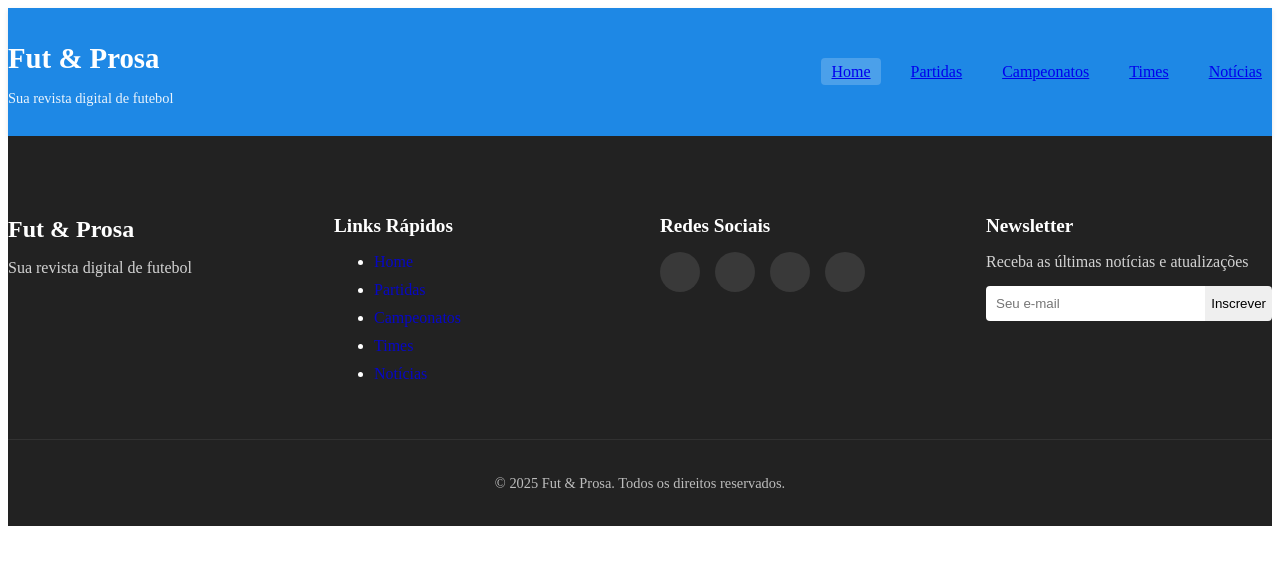
Repository: andreGattermeyer/noticias-futebol-angular
Page: / (app in projeto-fut/)
These files come from the project's save history. The page is drawn as it stood at one moment and after the next save; the edit follows.
The browser window is 1280 px wide. The pictures show the whole page.
The project was rebuilt for these pictures with package versions that can differ from the ones it lists, and the page was loaded fresh each time. Also part of the build but not shown: projeto-fut/angular.json.

Above is the page before, as saved 2025-04-09 14:10:07.

### projeto-fut/src/index.html
<!doctype html>
<html lang="en">
<head>
  <meta charset="utf-8">
  <title>ProjetoFut</title>
  <base href="/">
  <meta name="viewport" content="width=device-width, initial-scale=1">
  <link rel="icon" type="image/x-icon" href="favicon.ico">
  <link href="https://fonts.googleapis.com/css2?family=Roboto:wght@300;400;500&display=swap" rel="stylesheet">
  <link href="https://fonts.googleapis.com/icon?family=Material+Icons" rel="stylesheet">
</head>
<body class="mat-typography">
  <app-root></app-root>
</body>
</html>

### projeto-fut/src/app/app.component.ts
import { Component } from '@angular/core';
import { RouterOutlet } from '@angular/router';
import { HeaderComponent } from "./header/header.component";
import { FooterComponent } from "./footer/footer.component";

@Component({
  selector: 'app-root',
  imports: [RouterOutlet, HeaderComponent, FooterComponent],
  templateUrl: './app.component.html',
  styleUrl: './app.component.css'
})
export class AppComponent {
  title = 'projeto-fut';
}

### projeto-fut/src/app/app.component.html
<div class="container">

<router-outlet>

<app-header/>

<app-footer/>
</router-outlet>

</div>

### projeto-fut/src/app/app.component.css
/* Reset e estilos gerais */
* {
  margin: 0;
  padding: 0;
  box-sizing: border-box;
}

body {
  font-family: 'Segoe UI', Tahoma, Geneva, Verdana, sans-serif;
  line-height: 1.6;
  color: #333;
  background-color: #f5f5f5;
}


a {
  text-decoration: none;
  color: inherit;
}

ul {
  list-style: none;
}

img {
  max-width: 100%;
}

.btn {
  display: inline-block;
  background-color: #1e88e5;
  color: white;
  padding: 10px 20px;
  border-radius: 4px;
  transition: background-color 0.3s;
}

.btn:hover {
  background-color: #1565c0;
}

.btn-small {
  display: inline-block;
  background-color: #1e88e5;
  color: white;
  padding: 6px 12px;
  border-radius: 4px;
  font-size: 0.9rem;
  transition: background-color 0.3s;
}

.btn-small:hover {
  background-color: #1565c0;
}

/* Header */
header {
  background-color: #1e88e5;
  color: white;
  padding: 15px 0;
  box-shadow: 0 2px 5px rgba(0, 0, 0, 0.1);
}

header .container {
  display: flex;
  justify-content: space-between;
  align-items: center;
}

.logo h1 {
  font-size: 1.8rem;
  margin-bottom: 5px;
}

.logo p {
  font-size: 0.9rem;
  opacity: 0.9;
}

nav ul {
  display: flex;
}

nav ul li {
  margin-left: 20px;
}

nav ul li a {
  padding: 5px 10px;
  border-radius: 4px;
  transition: background-color 0.3s;
}

nav ul li a:hover, nav ul li a.active {
  background-color: rgba(255, 255, 255, 0.2);
}

/* Hero Section with Image Overlay */
/* Hero section with text overlay */
.hero {
  width: 100%;
  margin-bottom: 40px;
}

.hero-container {
  position: relative;
  width: 100%;
  height: 500px;
  overflow: hidden;
}

.hero-image {
  width: 100%;
  height: 100%;
  object-fit: cover;
}

.hero-overlay {
  position: absolute;
  top: 0;
  left: 0;
  width: 100%;
  height: 100%;
  background: rgba(0, 0, 0, 0.6);
  display: flex;
  flex-direction: column;
  justify-content: center;
  align-items: center;
  text-align: center;
  color: white;
  padding: 0 20px;
}

.hero-overlay h2 {
  font-size: 2.8rem;
  margin-bottom: 20px;
  text-shadow: 2px 2px 4px rgba(0, 0, 0, 0.5);
}

.hero-overlay p {
  font-size: 1.2rem;
  margin-bottom: 30px;
  max-width: 700px;
  text-shadow: 1px 1px 3px rgba(0, 0, 0, 0.5);
}

.hero-overlay .btn {
  padding: 12px 30px;
  font-size: 1.1rem;
  background-color: #1e88e5;
  color: white;
  text-decoration: none;
  border-radius: 4px;
  transition: all 0.3s ease;
}

.hero-overlay .btn:hover {
  background-color: #1565c0;
  transform: translateY(-3px);
  box-shadow: 0 5px 15px rgba(0, 0, 0, 0.2);
}

/* Responsive adjustments */
@media (max-width: 768px) {
  .hero-container {
      height: 400px;
  }

  .hero-overlay h2 {
      font-size: 2.2rem;
  }

  .hero-overlay p {
      font-size: 1rem;
  }
}

@media (max-width: 480px) {
  .hero-container {
      height: 350px;
  }

  .hero-overlay h2 {
      font-size: 1.8rem;
  }
}

.partidas-hoje {
  padding: 60px 0;
}

.partidas-hoje h2, .campeonatos-destaque h2, .noticias-recentes h2 {
  text-align: center;
  margin-bottom: 40px;
  font-size: 2rem;
  color: #333;
  position: relative;
}

.partidas-hoje h2:after, .campeonatos-destaque h2:after, .noticias-recentes h2:after {
  content: '';
  display: block;
  width: 50px;
  height: 3px;
  background-color: #1e88e5;
  margin: 15px auto 0;
}

.partidas-grid {
  display: grid;
  grid-template-columns: repeat(auto-fill, minmax(300px, 1fr));
  gap: 30px;
}

.partida-card {
  background-color: white;
  border-radius: 8px;
  overflow: hidden;
  box-shadow: 0 3px 10px rgba(0, 0, 0, 0.1);
  transition: transform 0.3s;
}

.partida-card:hover {
  transform: translateY(-5px);
}

.partida-header {
  background-color: #f5f5f5;
  padding: 10px 15px;
  display: flex;
  justify-content: space-between;
  align-items: center;
  border-bottom: 1px solid #eee;
}

.campeonato {
  font-weight: bold;
  color: #555;
}

.horario {
  color: #1e88e5;
  font-weight: bold;
}

.partida-times {
  display: flex;
  justify-content: space-between;
  align-items: center;
  padding: 20px 15px;
}

.time {
  display: flex;
  flex-direction: column;
  align-items: center;
  width: 40%;
}

.time img {
  width: 60px;
  height: 60px;
  object-fit: contain;
  margin-bottom: 10px;
}

.versus {
  font-weight: bold;
  color: #777;
}

.partida-footer {
  background-color: #f5f5f5;
  padding: 10px 15px;
  display: flex;
  justify-content: space-between;
  align-items: center;
  border-top: 1px solid #eee;
}

.estadio {
  color: #777;
  font-size: 0.9rem;
}

.ver-mais {
  text-align: center;
  margin-top: 40px;
}

/* Campeonatos Section */
.campeonatos-destaque {
  padding: 60px 0;
  background-color: #e9f0f7;
}

.campeonatos-grid {
  display: grid;
  grid-template-columns: repeat(auto-fill, minmax(250px, 1fr));
  gap: 30px;
}

.campeonato-card {
  background-color: white;
  border-radius: 8px;
  overflow: hidden;
  box-shadow: 0 3px 10px rgba(0, 0, 0, 0.1);
  text-align: center;
  padding-bottom: 20px;
  transition: transform 0.3s;
}

.campeonato-card:hover {
  transform: translateY(-5px);
}

.campeonato-card img {
  width: 100%;
  height: 150px;
  object-fit: cover;
}

.campeonato-card h3 {
  margin: 15px 0 10px;
  color: #333;
}

.campeonato-card p {
  color: #777;
  font-size: 0.9rem;
  padding: 0 15px;
  margin-bottom: 15px;
}

/* Notícias Section */
.noticias-recentes {
  padding: 60px 0;
}

.noticias-grid {
  display: grid;
  grid-template-columns: repeat(auto-fill, minmax(350px, 1fr));
  gap: 30px;
}

.noticia-card {
  background-color: white;
  border-radius: 8px;
  overflow: hidden;
  box-shadow: 0 3px 10px rgba(0, 0, 0, 0.1);
  transition: transform 0.3s;
}

.noticia-card:hover {
  transform: translateY(-5px);
}

.noticia-card img {
  width: 100%;
  height: 200px;
  object-fit: cover;
}

.noticia-content {
  padding: 20px;
}

.categoria {
  display: inline-block;
  background-color: #1e88e5;
  color: white;
  padding: 3px 10px;
  border-radius: 3px;
  font-size: 0.8rem;
  margin-bottom: 10px;
}

.noticia-content h3 {
  margin-bottom: 10px;
  color: #333;
}

.noticia-content p {
  color: #777;
  margin-bottom: 15px;
  font-size: 0.95rem;
}

/* Footer */


/* Responsividade */
@media (max-width: 768px) {
  header .container {
      flex-direction: column;
  }

  .logo {
      margin-bottom: 15px;
      text-align: center;
  }

  nav ul {
      justify-content: center;
  }

  nav ul li {
      margin: 0 10px;
  }

  .hero {
      padding: 60px 0;
  }

  .hero h2 {
      font-size: 2rem;
  }

  .partidas-grid, .campeonatos-grid, .noticias-grid {
      grid-template-columns: 1fr;
  }

  .footer-content {
      grid-template-columns: 1fr;
      text-align: center;
  }

  .social-icons {
      justify-content: center;
  }

  .footer-newsletter form {
      flex-direction: column;
  }

  .footer-newsletter input {
      border-radius: 4px;
      margin-bottom: 10px;
  }

  .footer-newsletter button {
      border-radius: 4px;
  }
}

/* Fixed header styles */
header {
  position: fixed;
  top: 0;
  left: 0;
  width: 100%;
  background-color: #1e88e5; /* Changed back to your original blue color */
  color: white;
  box-shadow: 0 2px 10px rgba(0, 0, 0, 0.2);
  z-index: 1000;
  transition: all 0.3s ease;
}

/* Add padding to body to prevent content from hiding behind fixed header */
body {
  padding-top: 80px; /* Adjust this value based on your header height */
}

### projeto-fut/src/app/header/header.component.ts
import { Component } from '@angular/core';
import { RouterOutlet } from '@angular/router';

@Component({
  selector: 'app-header',
  imports: [
    RouterOutlet,

  ],
  templateUrl: './header.component.html',
  styleUrl: './header.component.css'
})
export class HeaderComponent {

}

### projeto-fut/src/app/footer/footer.component.ts
import { Component } from '@angular/core';
import { RouterOutlet } from '@angular/router';

@Component({
  selector: 'app-footer',
  imports: [
    RouterOutlet,
  ],
  templateUrl: './footer.component.html',
  styleUrl: './footer.component.css'
})
export class FooterComponent {

}

### projeto-fut/src/app/header/header.component.html

<header>
  <div class="container">
  <div class="logo">
      <h1>Fut & Prosa</h1>
      <p>Sua revista digital de futebol</p>
  </div>
  <nav>
      <ul>
          <li><a href="index.html" class="active">Home</a></li>
          <li><a href="partidas.html">Partidas</a></li>
          <li><a href="campeonatos.html">Campeonatos</a></li>
          <li><a href="times.html">Times</a></li>
          <li><a href="noticias.html">Notícias</a></li>
      </ul>
  </nav>
</div>
</header>

### projeto-fut/src/app/header/header.component.css
header {
  background-color: #1e88e5;
  color: white;
  padding: 15px 0;
  box-shadow: 0 2px 5px rgba(0, 0, 0, 0.1);
}

header .container {
  display: flex;
  justify-content: space-between;
  align-items: center;
}

.logo h1 {
  font-size: 1.8rem;
  margin-bottom: 5px;
}

.logo p {
  font-size: 0.9rem;
  opacity: 0.9;
}

nav ul {
  display: flex;
  list-style: none;
}

nav ul li {
  margin-left: 20px;
}

nav ul li a {
  padding: 5px 10px;
  border-radius: 4px;
  transition: background-color 0.3s;

}

nav ul li a:hover, nav ul li a.active {
  background-color: rgba(255, 255, 255, 0.2);
}

### projeto-fut/src/app/footer/footer.component.html
<footer>
  <div class="container">
    <div class="footer-content">
      <div class="footer-logo">
        <h2>Fut & Prosa</h2>
        <p>Sua revista digital de futebol</p>
      </div>
      <div class="footer-links">
        <h3>Links Rápidos</h3>
        <ul>
          <li><a href="index.html">Home</a></li>
          <li><a href="partidas.html">Partidas</a></li>
          <li><a href="campeonatos.html">Campeonatos</a></li>
          <li><a href="times.html">Times</a></li>
          <li><a href="noticias.html">Notícias</a></li>
        </ul>
      </div>
      <div class="footer-social">
        <h3>Redes Sociais</h3>
        <div class="social-icons">
          <a href="#"><i class="fab fa-facebook"></i></a>
          <a href="#"><i class="fab fa-twitter"></i></a>
          <a href="#"><i class="fab fa-instagram"></i></a>
          <a href="#"><i class="fab fa-youtube"></i></a>
        </div>
      </div>
      <div class="footer-newsletter">
        <h3>Newsletter</h3>
        <p>Receba as últimas notícias e atualizações</p>
        <form id="newsletter-form">
          <input type="email" name="email" id="newsletter-email" placeholder="Seu e-mail" required>
          <button type="submit" class="btn-small">Inscrever</button>
        </form>
        <div id="newsletter-message"></div>
      </div>
    </div>
    <div class="footer-bottom">
      <p>&copy; 2025 Fut & Prosa. Todos os direitos reservados.</p>
    </div>
  </div>
</footer>

### projeto-fut/src/app/footer/footer.component.css
footer {
  background-color: #222;
  color: white;
  padding: 60px 0 20px;
}

.footer-content {
  display: grid;
  grid-template-columns: repeat(auto-fit, minmax(200px, 1fr));
  gap: 40px;
  margin-bottom: 40px;
}

.footer-logo h2 {
  font-size: 1.5rem;
  margin-bottom: 10px;
}

.footer-logo p {
  opacity: 0.8;
}

.footer-links h3, .footer-social h3, .footer-newsletter h3 {
  margin-bottom: 15px;
  font-size: 1.2rem;
}

.footer-links ul li {
  margin-bottom: 10px;

}

.footer-links ul li a {
  opacity: 0.8;
  transition: opacity 0.3s;
  text-decoration: none;
}

.footer-links ul li a:hover {
  opacity: 1;
}

.social-icons {
  display: flex;
  gap: 15px;
}

.social-icons a {
  display: inline-block;
  width: 40px;
  height: 40px;
  background-color: rgba(255, 255, 255, 0.1);
  border-radius: 50%;
  display: flex;
  align-items: center;
  justify-content: center;
  transition: background-color 0.3s;
}

.social-icons a:hover {
  background-color: #1e88e5;
}

.footer-newsletter p {
  margin-bottom: 15px;
  opacity: 0.8;
}

.footer-newsletter form {
  display: flex;
}

.footer-newsletter input {
  flex: 1;
  padding: 10px;
  border: none;
  border-radius: 4px 0 0 4px;
}

.footer-newsletter button {
  border: none;
  border-radius: 0 4px 4px 0;
  cursor: pointer;

}

.footer-bottom {
  text-align: center;
  padding-top: 20px;
  border-top: 1px solid rgba(255, 255, 255, 0.1);
  opacity: 0.7;
  font-size: 0.9rem;
}

Loaded but not shown: projeto-fut/src/styles.css (common file); projeto-fut/src/main.ts (common file); projeto-fut/src/app/app.config.ts (common file); projeto-fut/src/app/app.routes.ts (common file)

After the next save:
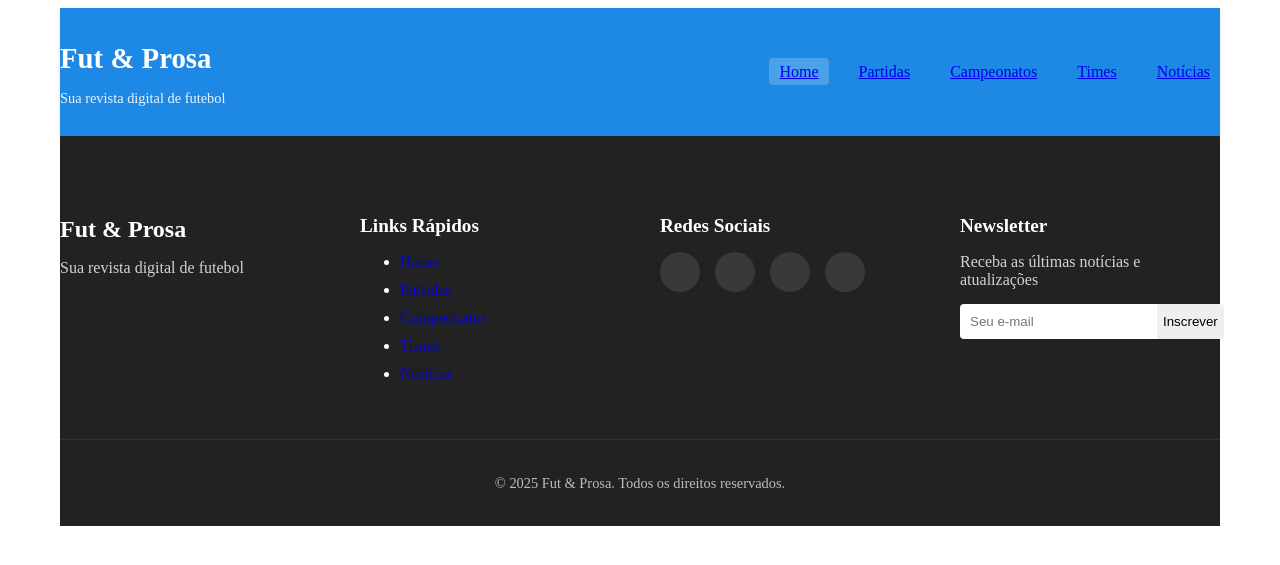
Saved 7 s later.
--- a/projeto-fut/src/app/app.component.css
+++ b/projeto-fut/src/app/app.component.css
@@ -12,6 +12,11 @@ body {
   background-color: #f5f5f5;
 }
 
+.container {
+  max-width: 1200px;
+  margin: 0 auto;
+  padding: 0 20px;
+}
 
 a {
   text-decoration: none;
